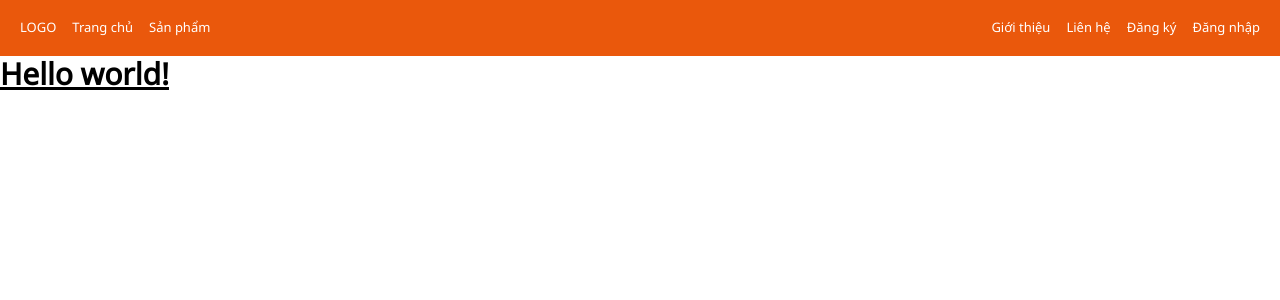
Repository: TinhTT336/MD02_Session15
Page: / (app in client/)
The author's editor kept a copy of each file at every save. The page is drawn from the files as they stood at one save, then again after the next save.
The browser window is 1280 px wide. The pictures show the whole page.
The project was rebuilt for these pictures with package versions that can differ from the ones it lists, and the page was loaded fresh each time. Also part of the build but not shown: client/vite.config.js.

Above is the page before, as saved 2023-09-15 09:19:19.

### client/src/main.jsx
import React from 'react'
import ReactDOM from 'react-dom/client'
import App from './App.jsx'
import './index.css'
import { BrowserRouter } from "react-router-dom";

ReactDOM.createRoot(document.getElementById('root')).render(
  <BrowserRouter>
    <App />
  </BrowserRouter>
)

### client/src/App.jsx
import Header from '../components/user/header/Header';
import "./assets/styles/main.css";

function App() {

  return (
    <>
      <Header />
      <h1 className="text-3xl font-bold underline">
        Hello world!
      </h1>
    </>
  )
}

export default App

### client/components/user/header/Header.jsx
import React from "react";
import { NavLink } from "react-router-dom";

export default function Header() {
    return (
        <>
            <div className="w-full bg-orange-600 h-14 text-white flex items-center justify-between px-5">
                <div className="flex gap-4">
                    <NavLink>LOGO</NavLink>
                    <NavLink>Trang chủ</NavLink>
                    <NavLink>Sản phẩm</NavLink>
                </div>
                <div className="flex gap-4">
                    <NavLink>Giới thiệu</NavLink>
                    <NavLink>Liên hệ</NavLink>
                    <NavLink>Đăng ký</NavLink>
                    <NavLink>Đăng nhập</NavLink>
                </div>

            </div>
        </>
    );
}

### client/src/assets/styles/main.css
* {
  margin: 0;
  padding: 0;
  box-sizing: border-box;
}
@font-face {
  font-family: Notosans-bold;
  src: url(../fonts/notosans-bold.3ede5aff.woff2);
}
@font-face {
  font-family: Notosans-italic;
  src: url(../fonts/notosans-italic.1c1aaac9.woff2);
}
@font-face {
  font-family: Notosans-regular;
  src: url(../fonts/notosans-regular.2cb88a13.woff2);
}
@font-face {
  font-family: Notosans-semibold;
  src: url(../fonts/notosans-semibold.df3e6dc4.woff2);
}

body {
  height: 100%;
  width: 100%;
  font-size: 13px;
  font-family: Notosans-regular;
  color: #000000;
  background-color: #ffffff;
}

::-webkit-scrollbar {
  width: 10px;
  height: 10px;
}
::-webkit-scrollbar-track {
  background: #f1f1f1;
}
::-webkit-scrollbar-thumb {
  background: #b8bcc3;
}
::-webkit-scrollbar-thumb:hover {
  background: #888;
}
::-webkit-scrollbar-track-piece {
  background-color: #f1f1f1;
  width: 10px;
}

Loaded but not shown: client/src/index.css (common file); client/tailwind.config.js (common file)

After the next save:
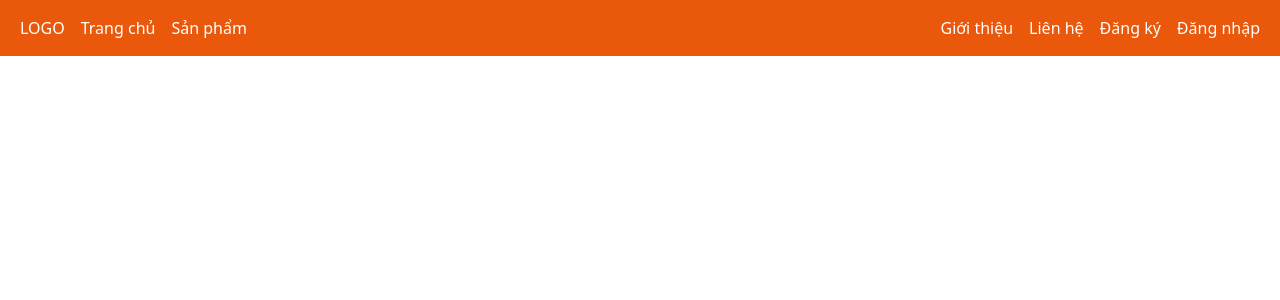
Saved 17 s later.
--- a/client/src/App.jsx
+++ b/client/src/App.jsx
@@ -1,14 +1,12 @@
 import Header from '../components/user/header/Header';
-import "./assets/styles/main.css";
+// import "./assets/styles/main.css";
 
 function App() {
 
   return (
     <>
       <Header />
-      <h1 className="text-3xl font-bold underline">
-        Hello world!
-      </h1>
+
     </>
   )
 }
